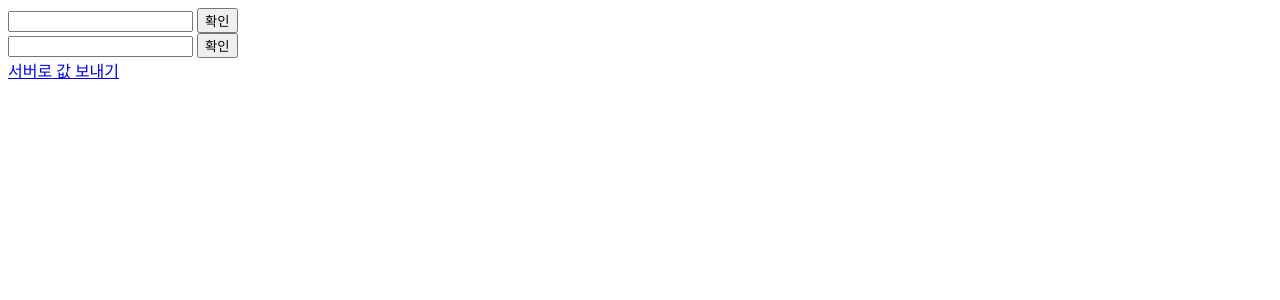
Repository: SniperDitto/save
Page: http://localhost/Boards0425/02_client/01_boards/sendServer.jsp
An editor plug-in stored every save of this project. The page is shown before and after the next save, followed by the edit.
The browser window is 1280 px wide. The pictures show the whole page.
The page is served by Tomcat 9. Other server files are loaded and not shown.

Above is the page before, as saved 2022-04-26 03:19:26.

### 2022JAVA_YSH 1/JAVA/Web/Boards0425/WebContent/02_client/01_boards/sendServer.jsp
<%@ page language="java" contentType="text/html; charset=UTF-8"
    pageEncoding="UTF-8"%>
<!DOCTYPE html>
<html>
<head>
<meta charset="UTF-8">
<title>서버로 값을 보내는 2가지 방법</title>
</head>
<body>

	<form action="./sendServer_ok.jsp" method="get">
		<input type="text" name="text"/>
		<button>확인</button>
	</form>


	<form action="./sendServer_ok.jsp" method="post">
		<input type="text" name="text"/>
		<button>확인</button>
	</form>

	<div>
		<a href="./sendServer_ok.jsp">서버로 값 보내기</a>
	</div>

</body>
</html>

After the next save:
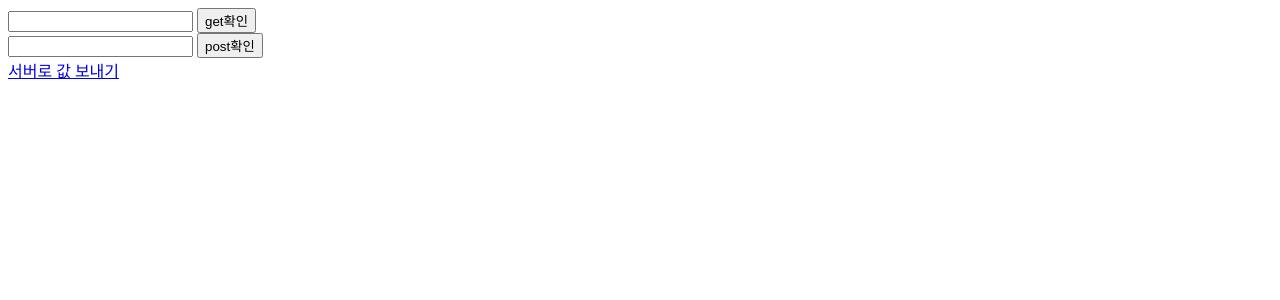
Saved 8 s later.
--- a/2022JAVA_YSH 1/JAVA/Web/Boards0425/WebContent/02_client/01_boards/sendServer.jsp
+++ b/2022JAVA_YSH 1/JAVA/Web/Boards0425/WebContent/02_client/01_boards/sendServer.jsp
@@ -10,13 +10,13 @@
 
 	<form action="./sendServer_ok.jsp" method="get">
 		<input type="text" name="text"/>
-		<button>확인</button>
+		<button>get확인</button>
 	</form>
 
 
 	<form action="./sendServer_ok.jsp" method="post">
 		<input type="text" name="text"/>
-		<button>확인</button>
+		<button>post확인</button>
 	</form>
 
 	<div>
